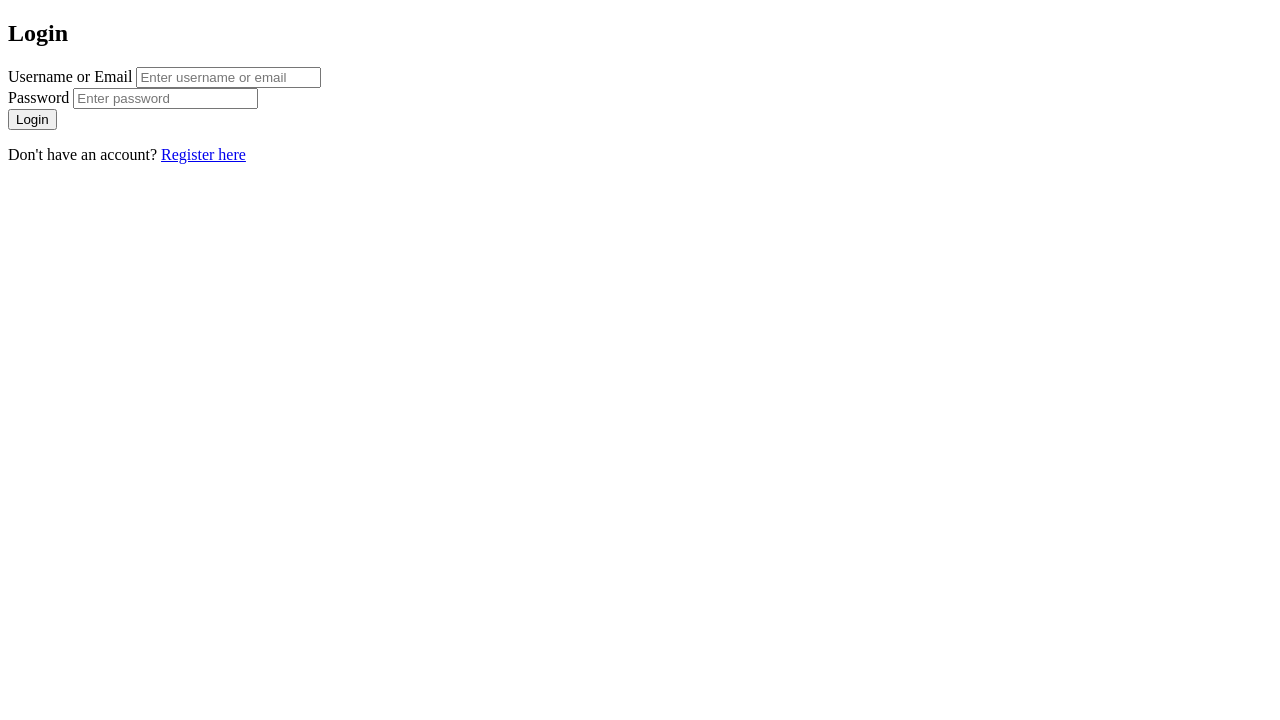
Repository: Seif-Sameh/CourseHub
Page: CourseHub/login.html
An editor plug-in stored every save of this project. The page is shown before and after the next save, followed by the edit.
The browser window is 1280 px wide. The pictures show the whole page.

Above is the page before, as saved 2023-12-11 13:10:11.

After the next save:
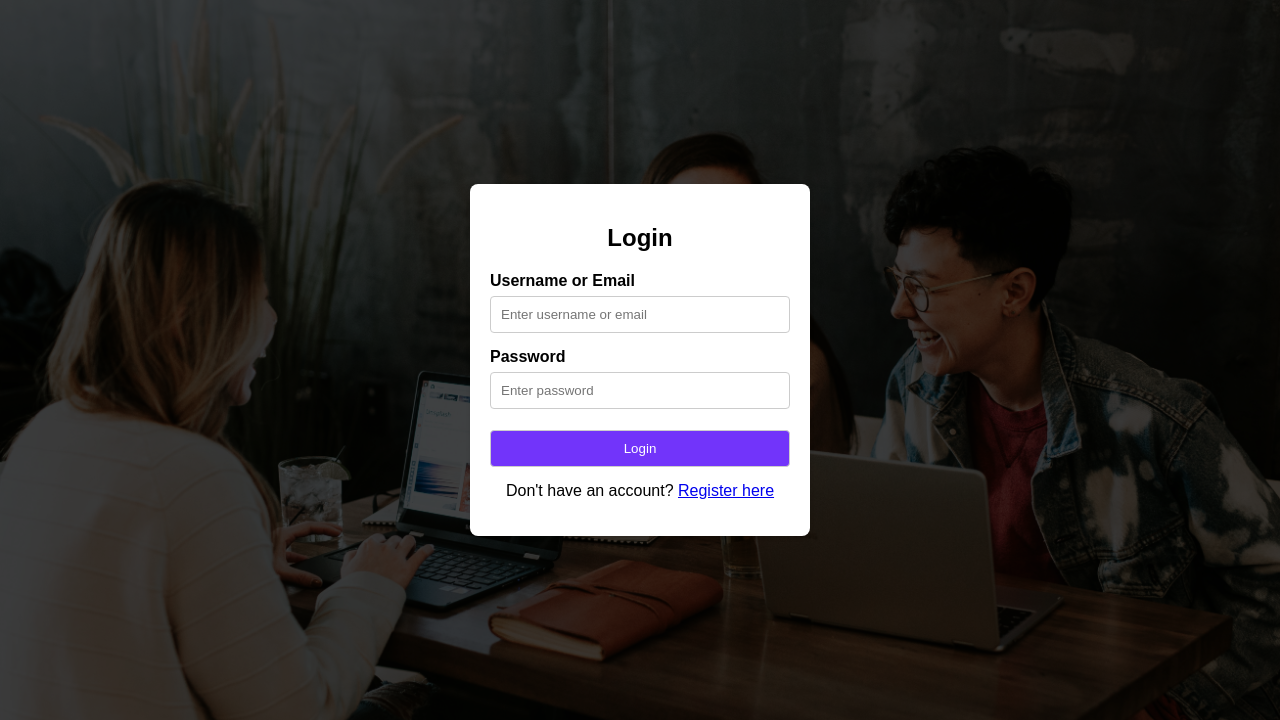
Saved 16 s later.
--- a/CourseHub/login.html
+++ b/CourseHub/login.html
@@ -6,7 +6,80 @@
     <meta charset="utf-8">
     <title>Login Form</title>
     <style>
+        /* loginStyles.css */
 
+        body {
+            font-family: Arial, sans-serif;
+            margin: 0;
+            padding: 0;
+            background-image: url(../images/brooke-cagle-g1Kr4Ozfoac-unsplash.jpg);
+            background-size: cover;
+        }
+
+        body::after {
+            content: "";
+            width: 100%;
+            height: 100%;
+            position: absolute;
+            z-index: -1;
+            background-color: black;
+            opacity: 0.7;
+            top: 0%;
+        }
+
+        .login-form {
+            display: flex;
+            justify-content: center;
+            align-items: center;
+            height: 100vh;
+        }
+
+        .login-container {
+            width: 300px;
+            padding: 20px;
+            background-color: #fff;
+            border-radius: 8px;
+            box-shadow: 0 2px 4px rgba(0, 0, 0, 0.1);
+        }
+
+        h2 {
+            text-align: center;
+        }
+
+        .form-group {
+            margin-bottom: 15px;
+        }
+
+        label {
+            display: block;
+            font-weight: bold;
+        }
+
+        input[type="text"],
+        input[type="password"],
+        button {
+            width: 100%;
+            padding: 10px;
+            margin-top: 6px;
+            border-radius: 4px;
+            border: 1px solid #ccc;
+            box-sizing: border-box;
+        }
+
+        button {
+            background-color: #7234fa;
+            color: #fff;
+            cursor: pointer;
+        }
+
+        button:hover {
+            background-color: #0056b3;
+        }
+
+        p {
+            text-align: center;
+            margin-top: 10px;
+        }
     </style>
 </head>
 
